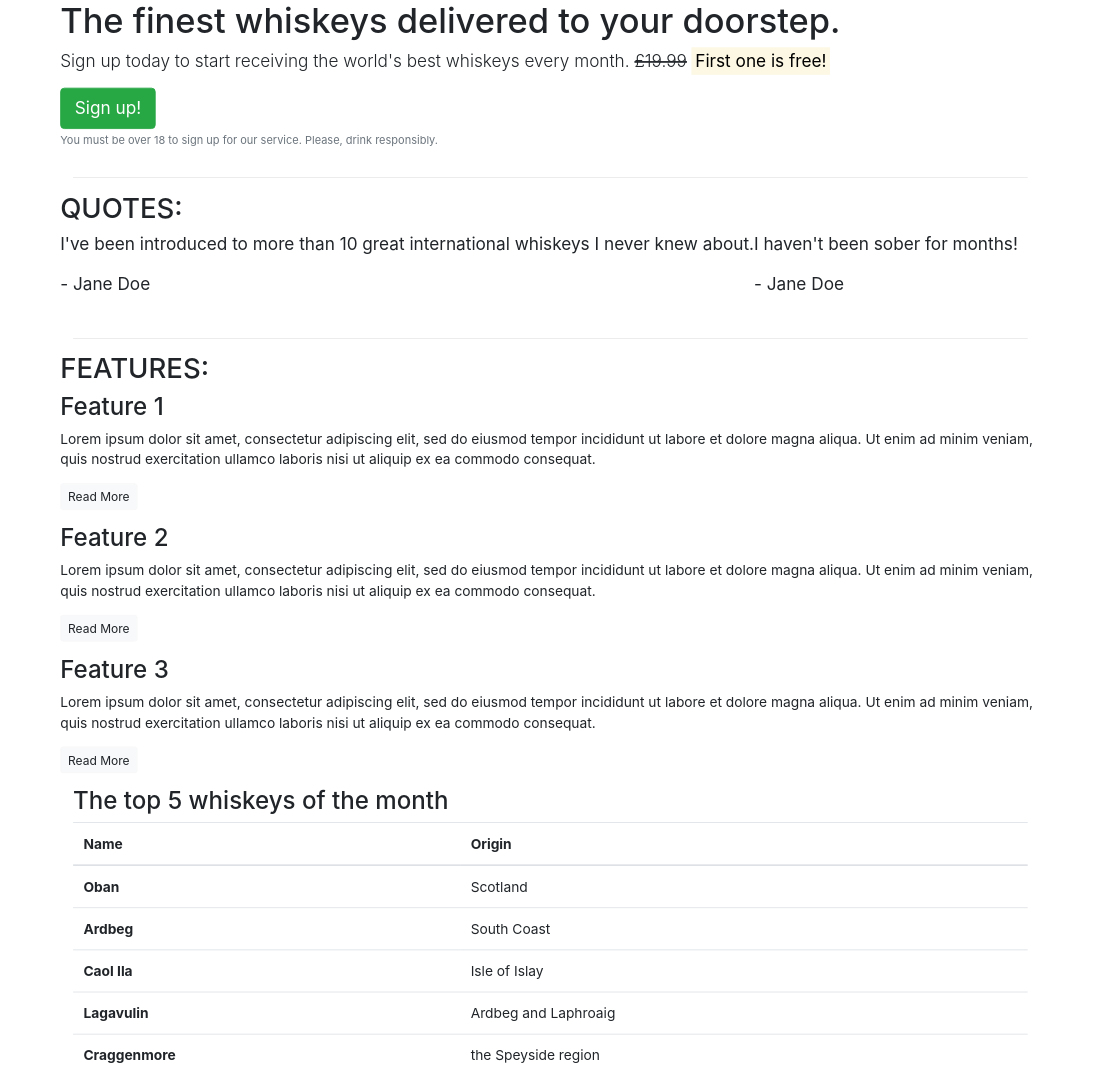
Repository: hidayatmansuri/BootStrap
Page: index.html
The author's editor kept a record of every edit. The page is drawn from the files as they stood at one moment, then again after the next edit.
The browser window is 1280 px wide. The pictures show the whole page, at 86% of full size.

Above is the page before.

### index.html
<!DOCTYPE html>
<html lang="en-us">

<head>
    <meta charset="utf-8">
    <meta name="viewport" content="width=device-width, initial-scale=1.0">
    <meta http-equiv="X-UA-Compatible" content="ie=edge">
    <title>Whiskey Drop | Taste a new whiskey every month</title>
    <link rel="stylesheet" href="https://maxcdn.bootstrapcdn.com/bootstrap/4.1.3/css/bootstrap.min.css">
</head>

<body>
    <article class="container">
        <!-- Callout -->
        <div class="row">
            <section class="callout">
                <h1>The finest whiskeys delivered to your doorstep.</h1>
                <p class="lead">Sign up today to start receiving the world's best whiskeys every month.
                <s>£19.99</s> <strong><mark>First one is free!</mark></strong></p>
                <button class="btn btn-success btn-lg">Sign up!</button>
                <p class="text-muted"><small>You must be over 18 to sign up for our service. Please, drink responsibly.</small></p>
            </section>
        </div>
        <!-- /.callout -->
        <hr>

        <!-- Quotes -->
        <section class="quotes">
            <div class="row">
            <h2 class="text-uppercase">Quotes:</h2>
            </div>
            <div class="row">
                <blockquote class="blockquote">
                    <p>I've been introduced to more than 10 great international whiskeys I never knew about.</p>
                    <p>- Jane Doe</p>
                </blockquote>
                <blockquote class="blockquote">
                    <p>I haven't been sober for months!</p>
                    <p>- Jane Doe</p>
                </blockquote>
            </div>
        </section>
        <!-- /.quotes -->
        <hr>

        <!-- Features -->
        <section class="features">
            <div class="row">
                <h2 class="text-uppercase">Features:</h2>
            </div>
            <div class="row">
                <div class="feature">
                    <h3>Feature 1</h3>
                    <p>Lorem ipsum dolor sit amet, consectetur adipiscing elit, sed do eiusmod tempor incididunt ut labore et dolore magna aliqua. Ut enim ad minim veniam, quis nostrud exercitation ullamco laboris nisi ut aliquip ex ea commodo consequat.</p>
                    <p><a class ="btn btn-sm btn-light">Read More</a></p>
                </div>
                <div class="feature">
                    <h3>Feature 2</h3>
                    <p>Lorem ipsum dolor sit amet, consectetur adipiscing elit, sed do eiusmod tempor incididunt ut labore et dolore magna aliqua. Ut enim ad minim veniam, quis nostrud exercitation ullamco laboris nisi ut aliquip ex ea commodo consequat.</p>
                    <p><a class ="btn btn-sm btn-light">Read More</a></p>
                </div>
                <div class="feature">
                    <h3>Feature 3</h3>
                    <p>Lorem ipsum dolor sit amet, consectetur adipiscing elit, sed do eiusmod tempor incididunt ut labore et dolore magna aliqua. Ut enim ad minim veniam, quis nostrud exercitation ullamco laboris nisi ut aliquip ex ea commodo consequat.</p>
                    <p><a class ="btn btn-sm btn-light">Read More</a></p>
                </div>
            </div>
        </section>
        <!-- /.features -->
        <section class="center">
            <h3>The top 5 whiskeys of the month</h3>
        <table class="table">
                <thead>
                <tr>
                  <th scope="col">Name</th>
                  <th scope="col">Origin</th>
                </tr>
                </thead>
                <tbody>
                <tr>
                  <th>Oban</th>
                  <td>Scotland</td>
                </tr>
                <tr>
                  <th>Ardbeg</th>
                  <td>South Coast</td>
                </tr>
                <tr>
                  <th>Caol Ila</th>
                  <td>Isle of Islay</td>
                </tr>
                <tr>
                  <th>Lagavulin</th>
                  <td>Ardbeg and Laphroaig</td>
                </tr>
                <tr>
                  <th>Craggenmore</th>
                  <td>the Speyside region</td>
                </tr>
              </tbody>
        </table>
        </section>
    </article>
</body>

</html>

After the next edit:
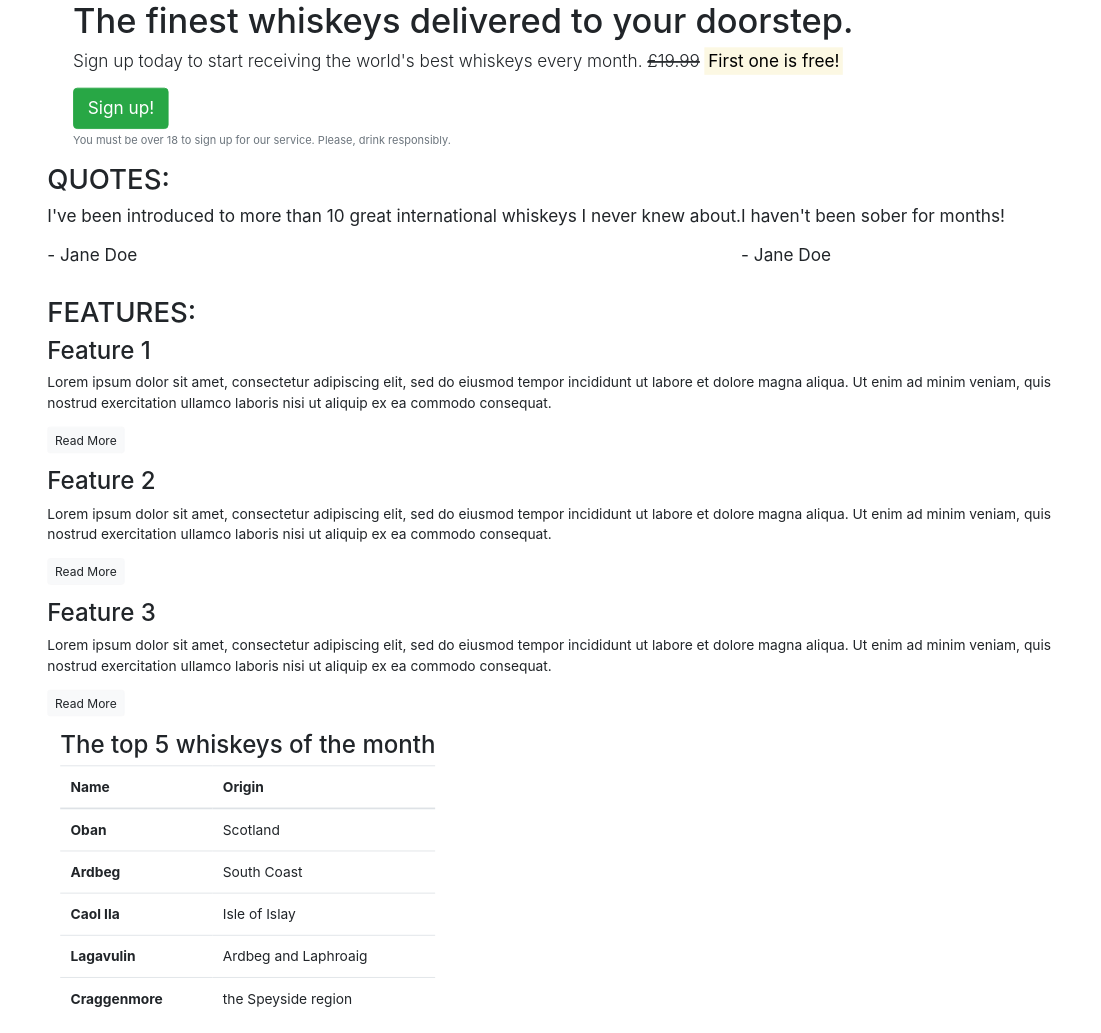
The edit:
--- a/index.html
+++ b/index.html
@@ -13,6 +13,7 @@
     <article class="container">
         <!-- Callout -->
         <div class="row">
+            <div class="col-12">
             <section class="callout">
                 <h1>The finest whiskeys delivered to your doorstep.</h1>
                 <p class="lead">Sign up today to start receiving the world's best whiskeys every month.
